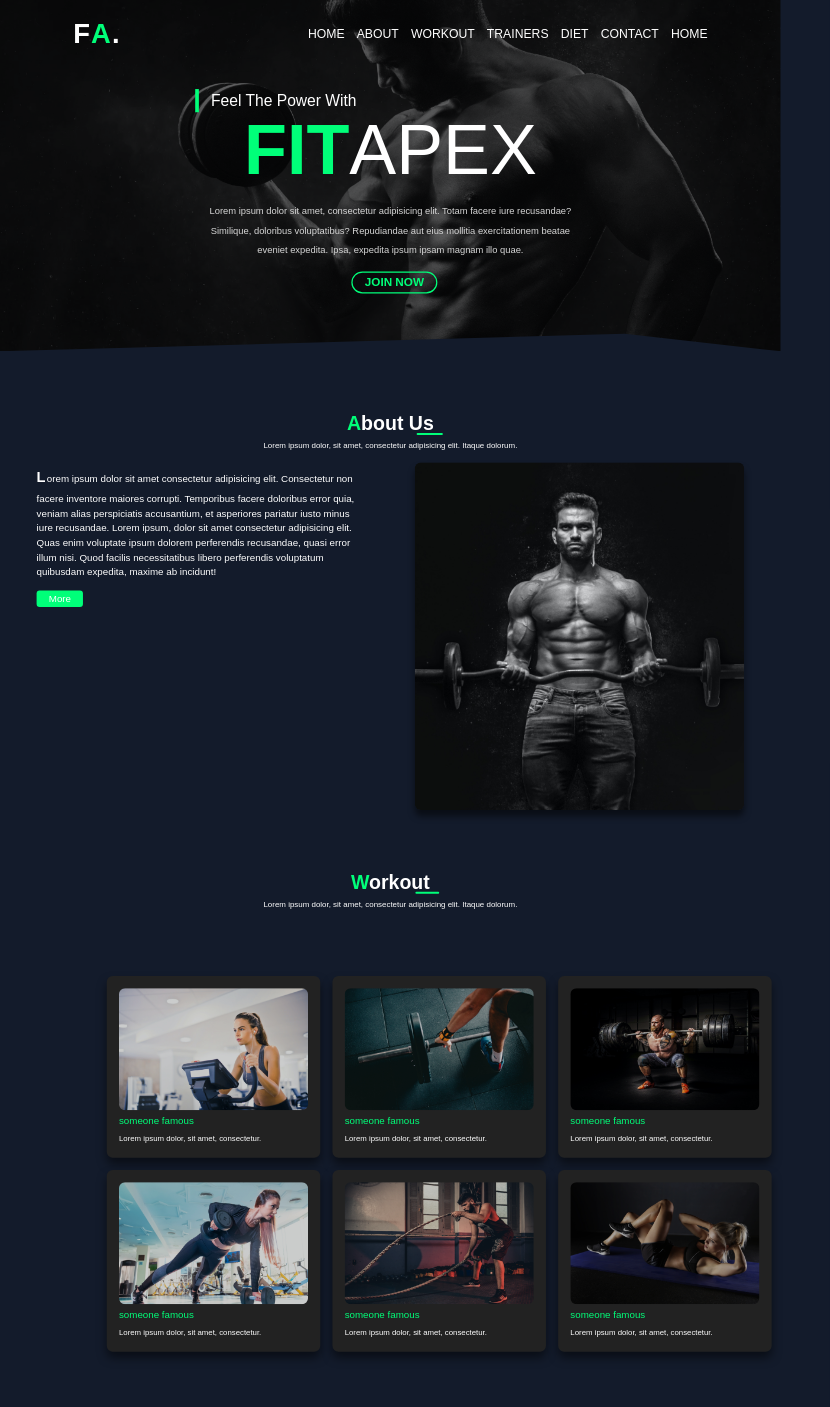
Repository: guilhermecardoso93/fitapex
Page: index.html
The author's editor kept a copy of each file at every save. The page is drawn from the files as they stood at one save, then again after the next save.
The browser window is 1280 px wide. The page is 1360 px wide, then 1344 px, so the pictures cover 1360 px, including what lies to the right of the window. The pictures show the whole page, at 61% of full size.

Above is the page before, as saved 2023-03-07 20:39:46.

### index.html
<!DOCTYPE html>
<html lang="pr-BR">
  <head>
    <meta charset="UTF-8" />
    <meta http-equiv="X-UA-Compatible" content="IE=edge" />
    <meta name="viewport" content="width=device-width, initial-scale=1.0" />
    <link rel="stylesheet" href="styles.css" />
    <link
      rel="stylesheet"
      href="https://cdnjs.cloudflare.com/ajax/libs/font-awesome/4.7.0/css/font-awesome.css"
    />
    <title>F.A GYM</title>
  </head>
  <body>
    <div class="navbar">
      <a href="#" class="logo">F<b>A</b>.</a>
      <ol>
        <li>
          <a href="#home">home</a>
        </li>
        <li>
          <a href="#about">about</a>
        </li>
        <li>
          <a href="#workout">workout</a>
        </li>
        <li>
          <a href="#trainers">trainers</a>
        </li>
        <li>
          <a href="#diet">diet</a>
        </li>
        <li>
          <a href="#contact">contact</a>
        </li>
        <li>
          <a href="#home">home</a>
        </li>
      </ol>
    </div>

    <section id="home" class="home view">
      <div class="highlights">
        <h3>feel the power with</h3>
        <h1><b>FIT</b>APEX</h1><br>
        <p class="tagline">
          Lorem ipsum dolor sit amet, consectetur adipisicing elit. Totam facere iure recusandae? Similique, doloribus voluptatibus? Repudiandae aut eius mollitia exercitationem beatae eveniet expedita. Ipsa, expedita ipsum ipsam magnam illo quae.
        </p>
        <button class="join">join now</button>
      </div>
      <div class="banner"/>
    </section>

    <section id="about" class="about view">
      <div class="main">
        <h2><span>A</span>bout Us</h2>
        <h6>Lorem ipsum dolor, sit amet, consectetur adipisicing elit. Itaque dolorum.</h6>
      </div>
      <div class="content">
        <div class="cols">
          <p><b>L</b>orem ipsum dolor sit amet consectetur adipisicing elit. Consectetur non facere inventore maiores corrupti. Temporibus facere doloribus error quia, veniam alias perspiciatis accusantium, et asperiores pariatur iusto minus iure recusandae. Lorem ipsum, dolor sit amet consectetur adipisicing elit. Quas enim voluptate ipsum dolorem perferendis recusandae, quasi error illum nisi. Quod facilis necessitatibus libero perferendis voluptatum quibusdam expedita, maxime ab incidunt! </p>
          <a href="#">more</a>
        </div>
        <div class="cols">
          <div class="box">
            <img src="./assets/about.jpg" alt="">
          </div>
        </div>
      </div>
    </section>

    <section id="workout" class="workout view">
      <div class="main">
        <h2><span>W</span>orkout</h2>
        <h6>Lorem ipsum dolor, sit amet, consectetur adipisicing elit. Itaque dolorum.</h6>
      </div>
      <div class="content">
        <div class="frame">
          <div class="box">
            <img src="./assets/workout1.jpg" alt="" >
          </div>
          <div class="title">someone famous</div>
          <p>Lorem ipsum dolor, sit amet, consectetur.</p>
        </div>
        <div class="frame">
          <div class="box">
            <img src="./assets/workout2.jpg" alt="" >
          </div>
          <div class="title">someone famous</div>
          <p>Lorem ipsum dolor, sit amet, consectetur.</p>
        </div>
        <div class="frame">
          <div class="box">
            <img src="./assets/workout3.jpg" alt="" >
          </div>
          <div class="title">someone famous</div>
          <p>Lorem ipsum dolor, sit amet, consectetur.</p>
        </div>
        <div class="frame">
          <div class="box">
            <img src="./assets/workout4.jpg" alt="" >
          </div>
          <div class="title">someone famous</div>
          <p>Lorem ipsum dolor, sit amet, consectetur.</p>
        </div>
        <div class="frame">
          <div class="box">
            <img src="./assets/workout5.jpg" alt="" >
          </div>
          <div class="title">someone famous</div>
          <p>Lorem ipsum dolor, sit amet, consectetur.</p>
        </div>
        <div class="frame">
          <div class="box">
            <img src="./assets/workout6.jpg" alt="" >
          </div>
          <div class="title">someone famous</div>
          <p>Lorem ipsum dolor, sit amet, consectetur.</p>
        </div>
      </div>
    </section>
  </body>
</html>

### styles.css
@import url("https://fonts.googleapis.com/css2?family=Poppins:wght@400;500&display=swap");

@import "./css/_navbar.css";
@import "./css/_home.css";
@import "./css/_about.css";
@import "./css/_workout.css";

* {
  margin: 0;
  padding: 0;
  box-sizing: border-box;
  font-family: "Poppisns", sans-serif;
  outline: none;
  color: #fff;

}

:root {
  --prime: #00ff79;
}

body {
  background-color: #131b2b;
}


.view {
  width: 100%;
  min-height: 80vh;
  position: relative;
}

### css/_navbar.css

.navbar {
  width: 100%;
  display: flex;
  position: fixed;
  padding: 30px 120px;
  background-color: transparent;
  justify-content: space-between;
  z-index: 1111;
  transition: 0.5s ease;
}

.logo {
  font-size: 2.8em;
  font-weight: 800;
  letter-spacing: 2px;
  text-transform: uppercase;
  text-decoration: none;
}

.logo B{
  color: var(--prime);
}

ol {
  display: flex;
  margin: auto 0;
}

ol li {
  list-style: none;
  margin-left: 20px;
}

ol li a {
  font-size: 20px;
  font-weight:500;
  text-transform: uppercase;
  text-decoration: none;
}

ol li:hover a {
  color: var(--prime);
}

### css/_home.css
.home {
  display: flex;
  min-height: 120vh;
  align-items: center;
  justify-content: center;
  clip-path: polygon(0 0, 100% 0, 100% 100%, 80% 95%, 0 100%);
}

.banner {
  height: 100%;
  width: 100%;
  position: absolute;
  background: url("../assets/banner.jpg");
  background-size: cover;
  background-position: center;
  filter: brightness(40%);
}

.highlights {
  width: 50%;
  position: relative;
  display: inline-block;
  justify-content: center;
  z-index: 11;
}

.highlights h3 {
  display: inline;
  font-size: 2vw;
  padding: 5px 20px;
  font-weight: lighter;
  text-transform: capitalize;
  border-left: 6px solid var(--prime);
}

.highlights h1 {
  font-size: 9vw;
  text-align: center;
  font-weight: normal;
}

.highlights b {
  color: var(--prime);
  font-weight: 800;
  font-family: sans-serif;
}

.highlights .tagline {
  color: #d7d7d7;
  font-size: 1.2vw;
  text-align: center;
  font-weight: normal;
  line-height: 32px;
}

.highlights .join {
  position: absolute;
  left: 40%;
  margin-top: 1.2rem;
  padding: 5px 20px;

  transform: tanslateX(-500%);
  font-weight: 800;
  font-size: 1.5vw;
  text-transform: uppercase;

  color: var(--prime);
  border: 2px solid var(--prime);
  border-radius: 50px;
  background: transparent;

  transition: 0.3s ease;
}

.highlights .join:hover {
  color: #fff;
  cursor: pointer;
  letter-spacing: 1.5px;
  background: var(--prime);
}

### css/_about.css
.main {
  width: 100%;
  text-align: center;
  padding-bottom: 20px;
  -webkit-font-smoothing: antialiased;
  -moz-osx-font-smoothing: grayscale;

}

.main h2 {
  font-size: 2.5vw;
  position: relative;
  text-align: center;
  padding-top: 100px;
  display: inline-block;
}

span {
  color: var(--prime);
}

.main h2:before {
  position: absolute;
  content: "";
  background: var(--prime);
  height: 3px;
  width: 30%;
  right: -15px;
  bottom: 0;
  border-radius: 50px;
}

.main h6 {
  margin-top: 10px;
  font-size: 13px;
  font-family: sans-serif;
  font-weight: lighter;
}

.content {
  position: relative;
  display: flex;
  width: 100%;
  padding: 0 20px;
  justify-content: center;
  line-height: 1.5em;
}

.about .content .cols {
  position: relative;
  width: 100%;
  height: 100%;
  padding: 0px 40px;
}

.about .content .cols p b {
  font-size: 24px;
  margin-right: 2px;
  line-height: 2;
}

.about .content .cols a {
  position: relative;
  top: 20px;
  color: #fff;
  background-color: var(--prime);
  padding: 5px 20px;
  border-radius: 5px;
  text-decoration: none;
  text-weight: 500;
  text-transform: capitalize;
}

.about .content .cols a:hover {
  color: #000;
  background: #fff;
}

.about .content .cols .box {
  position: relative;
  height: 570px;
  box-shadow: 0 10px 10px rgba(0, 0, 0, 0.5);
  border-radius: 10px;
}

.about .content .cols .box img {
  position: absolute;
  top: 0;
  left: 0;
  height: 100%;
  width: 100%;
  object-fit: cover;
  border-radius: 10px;
}

### css/_workout.css
.workout .content {
  flex-wrap: wrap;
  margin: 5rem;
}

.workout .content .frame {
  position: relative;
  width: 350px;
  padding: 20px;
  margin: 10px;
  background: #222;
  box-shadow: 0 10px 15px rgba(0,0,0,0.5);
  border-radius: 10px;

}

.workout .content .frame .box {
  position: relative;
  height: 200px;
  width: 100%;
  overflow: hidden;
  border-radius: 10px;
}

.workout .content .frame .box img {
  position: absolute;
  height: 100%;
  width: 100%;
  object-fit: cover;
  filter: brightness(80%);
  transition: 0.2s ease-in ;
}

.workout .content .frame .box:hover img {
  filter: brightness(100%);
  transform: scale(1.08) ;
}

.workout .content .frame .title {
  color: var(--prime);
  padding: 5px 0;
}

.workout .content .frame p {
  font-size: 0.8rem;
}

After the next save:
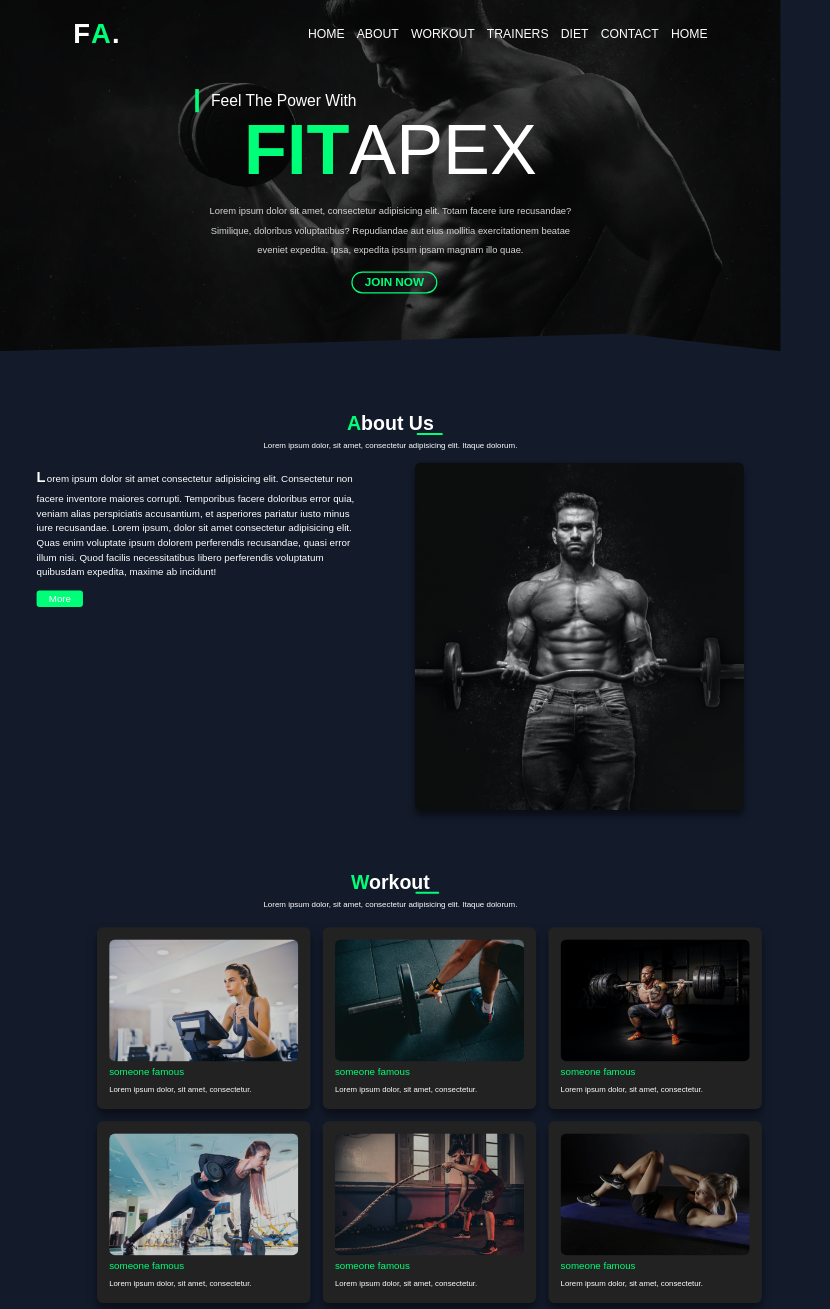
Saved 13 s later.
--- a/css/_workout.css
+++ b/css/_workout.css
@@ -1,6 +1,6 @@
 .workout .content {
   flex-wrap: wrap;
-  margin: 5rem;
+  margin: 0  4rem;
 }
 
 .workout .content .frame {
